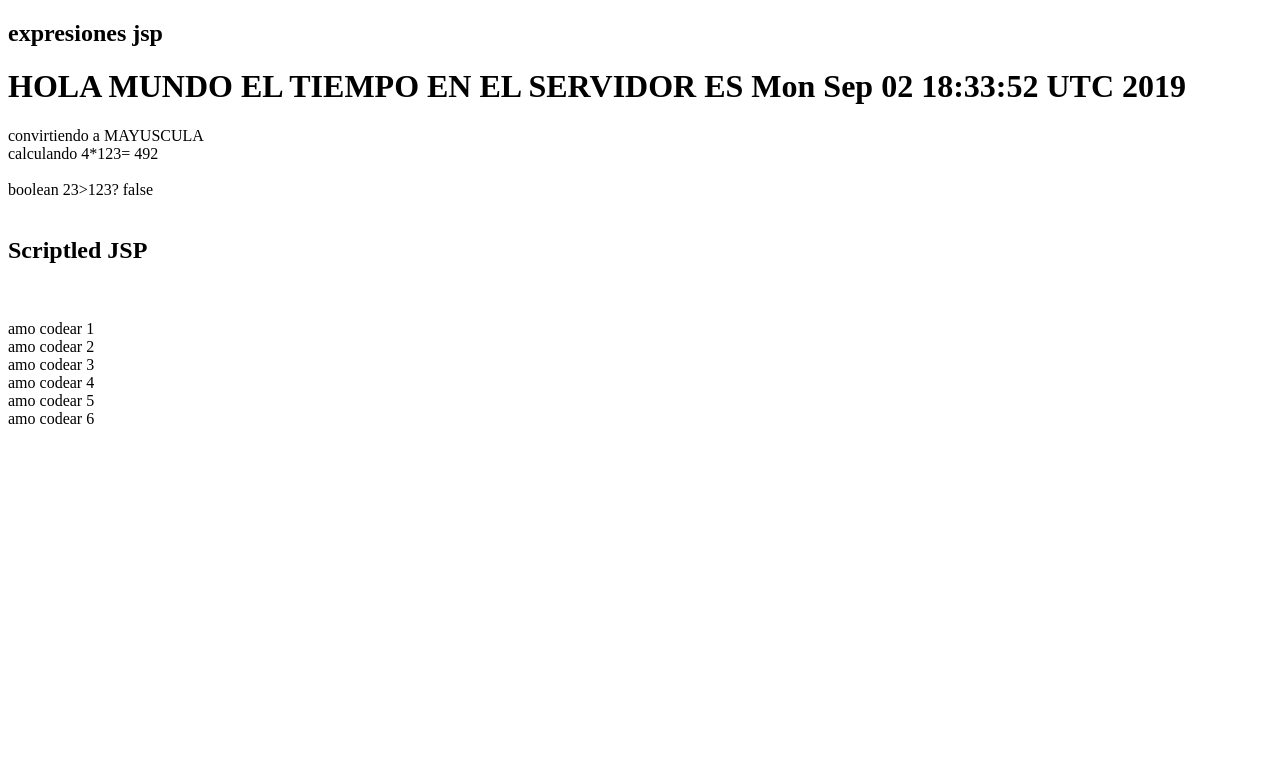
Repository: natyam/jsp-y-servlets
Page: http://localhost/clase1/holamundo.jsp
The author's editor kept a copy of each file at every save. The page is drawn from the files as they stood at one save, then again after the next save.
The browser window is 1280 px wide. The pictures show the whole page.
The page is served by Tomcat 9.

Above is the page before, as saved 2019-09-02 19:13:32.

### clase1/WebContent/holamundo.jsp
<%@ page language="java" contentType="text/html; charset=ISO-8859-1"
    pageEncoding="ISO-8859-1"%>
<!DOCTYPE html>
<html>
<head>
<meta charset="ISO-8859-1">
<title>Insert title here</title>
</head>
<body>
<h2>expresiones jsp</h2>
<h1> HOLA MUNDO EL TIEMPO EN EL SERVIDOR ES <%= new java.util.Date() %></h1>
convirtiendo a <%= new String("mayuscula").toUpperCase() %>
<br>
calculando
4*123= <%= 4*123 %>
<br>
<br>
boolean 23>123? <%= 23>123 %>
<br>
<br>
<h2>Scriptled JSP</h2>
<br>
<br>
<% for(int i=1;i<7;i++)
	{
	out.println("amo codear "+i+"<br>");
	} %>

<br>
<br><br>
<br><br>
<br><br>
<br><br>
<br><br>
<br><br>
<br><br>
<br><br>
<br>
</body>
</html>

After the next save:
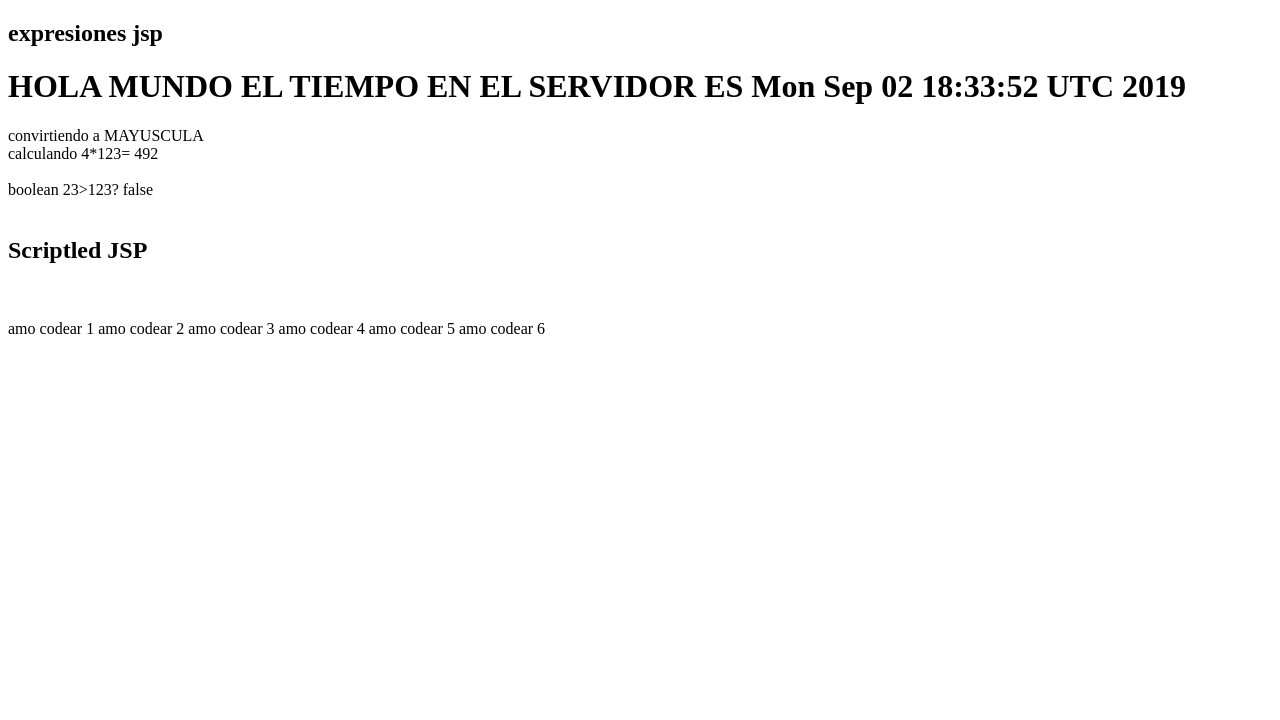
Saved 19 min 55 s later.
--- a/clase1/WebContent/holamundo.jsp
+++ b/clase1/WebContent/holamundo.jsp
@@ -23,7 +23,7 @@ boolean 23>123? <%= 23>123 %>
 <br>
 <% for(int i=1;i<7;i++)
 	{
-	out.println("amo codear "+i+"<br>");
+	out.println("amo codear "+i);
 	} %>
 
 <br>
